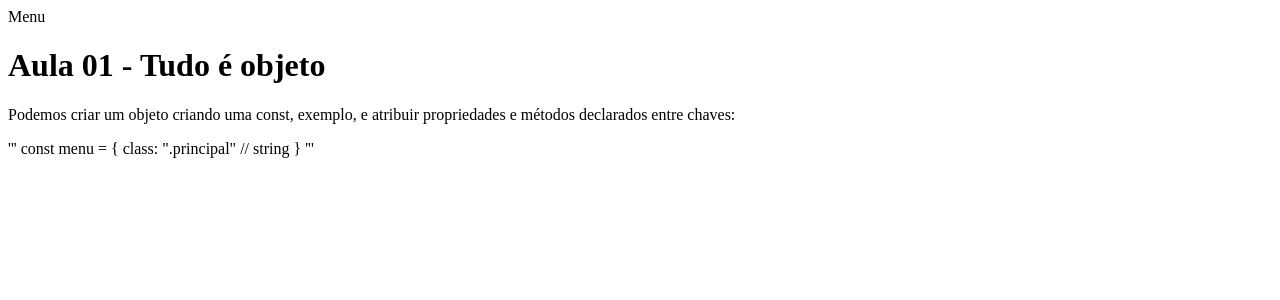
Repository: rvlyra/Js-Estudos-Aplicados
Page: Js - Estudos Aplicados/01-Tudo_e_objeto/index.html
An editor plug-in stored every save of this project. The page is shown before and after the next save, followed by the edit.
The browser window is 1280 px wide. The pictures show the whole page.

Above is the page before, as saved 2022-07-05 20:16:52.

### Js - Estudos Aplicados/01-Tudo_e_objeto/index.html
<!DOCTYPE html>
<html lang="en">
<head>
    <meta charset="UTF-8">
    <meta http-equiv="X-UA-Compatible" content="IE=edge">
    <meta name="viewport" content="width=device-width, initial-scale=1.0">
    <title>Tudo é Objeto</title>
</head>
<body>
<nav>Menu</nav>
    <h1>Aula 01 - Tudo é objeto</h1>

    <p>
        Podemos criar um objeto criando uma const, exemplo, e atribuir propriedades e métodos declarados entre chaves:

    </p>
    <p>
        '''
        const menu = {
            class:  ".principal" // string
        }
        '''
    </p>



    <script src="script.js"></script>
</body>
</html>

### Js - Estudos Aplicados/01-Tudo_e_objeto/script.js
const menu = {

}

After the next save:
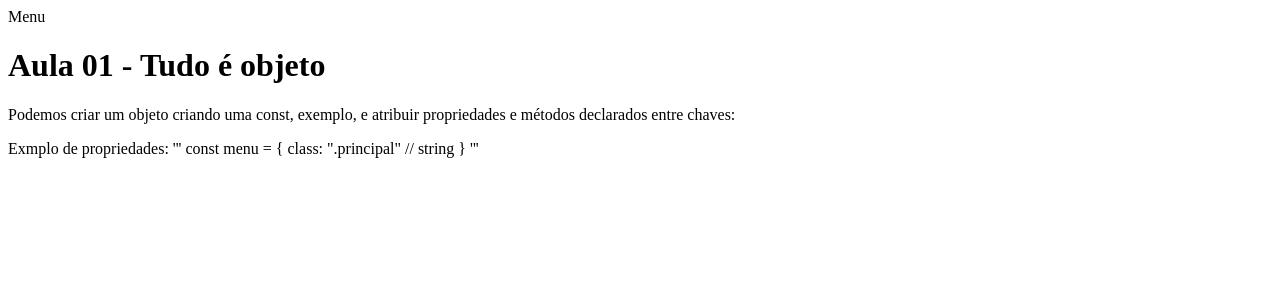
Saved 23 s later.
--- a/Js - Estudos Aplicados/01-Tudo_e_objeto/index.html
+++ b/Js - Estudos Aplicados/01-Tudo_e_objeto/index.html
@@ -15,11 +15,15 @@
 
     </p>
     <p>
+        Exmplo de propriedades:
         '''
         const menu = {
             class:  ".principal" // string
         }
         '''
+    </p>
+    <p>
+
     </p>
 
 
